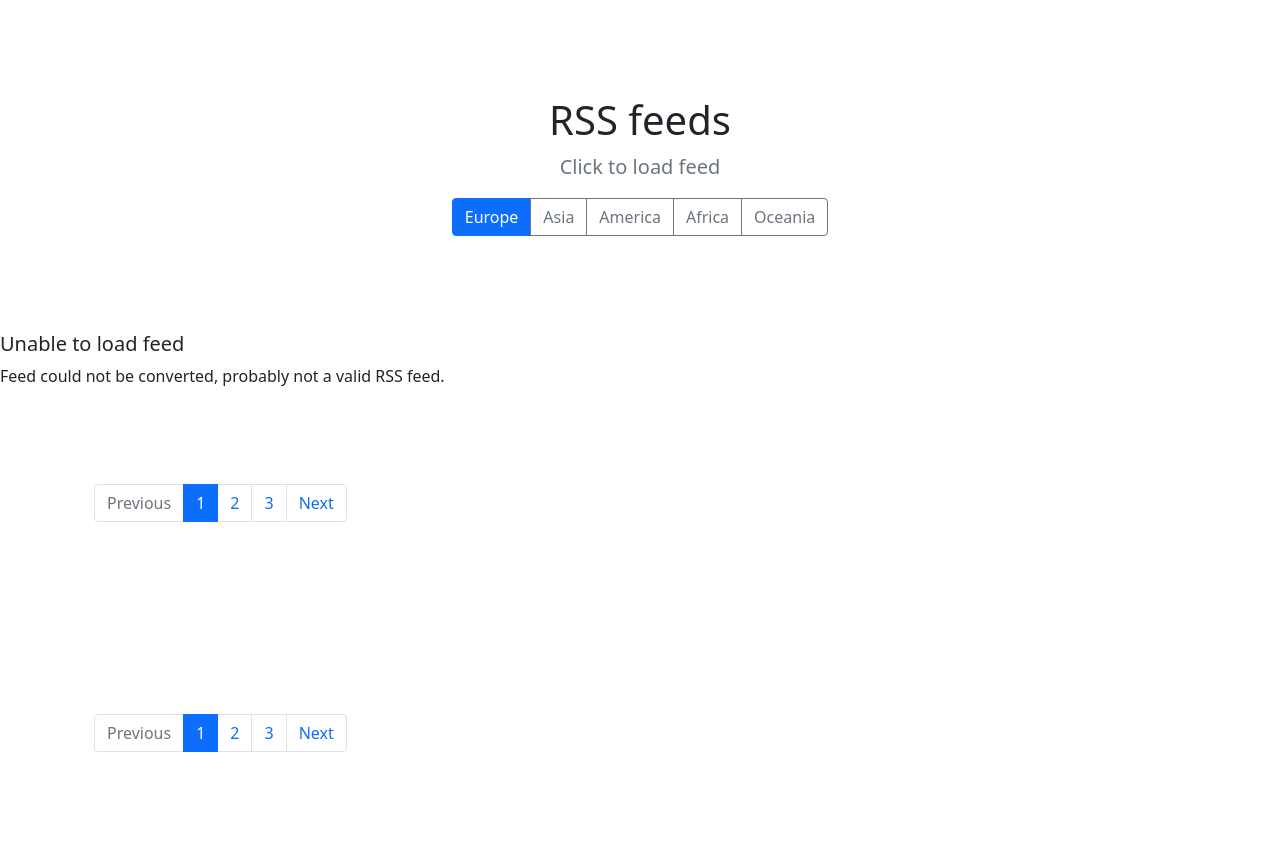
Repository: lilit1121/Templating-DOM-manipulation-and-data-processing
Page: europe.html
An editor plug-in stored every save of this project. The page is shown before and after a run of saves, followed by the edit.
The browser window is 1280 px wide. The pictures show the whole page.
The page's requests for data from a server got no answer.

Above is the page before, as saved 2023-02-09 15:59:37.

### europe.html
<!DOCTYPE html>
<html lang="en">
   <head>
    <meta charset="UTF-8" />
    <meta http-equiv="X-UA-Compatible" content="IE=edge" />
    <meta name="viewport" content="width=device-width, initial-scale=1.0" />
    <link rel="stylesheet" href="styles.css" />
    <link
      href="https://cdn.jsdelivr.net/npm/bootstrap@5.0.2/dist/css/bootstrap.min.css"
      rel="stylesheet"
      integrity="sha384-EVSTQN3/azprG1Anm3QDgpJLIm9Nao0Yz1ztcQTwFspd3yD65VohhpuuCOmLASjC"
      crossorigin="anonymous"
    />
    <script
      src="https://cdn.jsdelivr.net/npm/bootstrap@5.0.2/dist/js/bootstrap.bundle.min.js"
      integrity="sha384-MrcW6ZMFYlzcLA8Nl+NtUVF0sA7MsXsP1UyJoMp4YLEuNSfAP+JcXn/tWtIaxVXM"
      crossorigin="anonymous"
    ></script>
    <title>Templating, DOM manipulation and data processing</title>
  </head>
  <body>
    <section class="py-5 text-center container">
      <div class="row py-lg-5">
        <div class="col-lg-6 col-md-8 mx-auto">
          <h1 class="fw-light">RSS feeds</h1>
          <p class="lead text-muted">Click to load feed</p>
          <div class="btn-group">
            <a href="./europe.html#" class="btn btn-primary">Europe</a>
            <a href="./asia.html#" class="btn btn-outline-secondary">Asia</a>
            <a href="./americas.html#" class="btn btn-outline-secondary"
              >America</a
            >
            <a href="./africa.html#" class="btn btn-outline-secondary"
              >Africa</a
            >
            <a href="./oceania.html#" class="btn btn-outline-secondary"
              >Oceania</a
            >
          </div>
        </div>
      </div>
    </section>


    <!-- Loading state UI -->
    <div id="loadding" class="visually-hidden">
      <svg
      xmlns="http://www.w3.org/2000/svg"
      xmlns:xlink="http://www.w3.org/1999/xlink"
      style="margin: auto; background: #fff; display: block"
      width="200px"
      height="200px"
      viewBox="0 0 100 100"
      preserveAspectRatio="xMidYMid"
    >
      <circle
        cx="50"
        cy="50"
        r="32"
        stroke-width="8"
        stroke="#416cff"
        stroke-dasharray="50.26548245743669 50.26548245743669"
        fill="none"
        stroke-linecap="round"
      >
        <animateTransform
          attributeName="transform"
          type="rotate"
          repeatCount="indefinite"
          dur="1s"
          keyTimes="0;1"
          values="0 50 50;360 50 50"
        ></animateTransform>
      </circle>
    </svg>
  </div>

    <!-- Error state UI -->
    <div id="error" class="visually-hidden">
      <h5>Unable to load feed</h5>
      <!-- Show error message, if applicable -->
      Feed could not be converted, probably not a valid RSS feed.<br />
    </div>
    <!-- Pagination -->
    <div class="container">
    <section class="py-5 text-center container">
      <div class="row py-lg-5">
        <nav>
          <ul class="pagination">
            <li class="page-item disabled">
              <a class="page-link">Previous</a>
            </li>
            <li class="page-item active">
              <a class="page-link" href="#">1</a>
            </li>
            <li class="page-item">
              <a class="page-link" href="#">2</a>
            </li>
            <li class="page-item"><a class="page-link" href="#">3</a></li>
            <li class="page-item">
              <a class="page-link" href="#">Next</a>
            </li>
          </ul>
        </nav>
      </div>
    </section>

      <!-- Feed (Show no more than 5 posts per page) -->
      <div
        id="main_container"
        class="row row-cols-1 row-cols-sm-2 row-cols-md-3 g-3"
      ></div>


    <!-- Pagination -->
    <section class="py-5 text-center container">
      <div class="row py-lg-5">
        <nav>
          <ul class="pagination">
            <li class="page-item disabled">
              <a class="page-link">Previous</a>
            </li>
            <li class="page-item active">
              <a class="page-link" href="#">1</a>
            </li>
            <li class="page-item">
              <a class="page-link" href="#">2</a>
            </li>
            <li class="page-item"><a class="page-link" href="#">3</a></li>
            <li class="page-item">
              <a class="page-link" href="#">Next</a>
            </li>
          </ul>
        </nav>
      </div>
    </div>
    </section>
    <script src="./script.js"></script>
  </body>
</html>

### styles.css

.card-text {
    display: -webkit-box;
    -webkit-box-orient: vertical;
    -webkit-line-clamp: 4;
    overflow: hidden;
  }

### script.js
const main_container = document.getElementById("main_container");
const page_item = document.querySelectorAll(".page-item");
const loadding = document.getElementById("loadding");
const error = document.getElementById("error");
let countriesData;
let sliceStart = 0;
let currentPage = 1;

page_item.forEach((el) => {
  el.addEventListener("click", (event) => {
    changePage(event);
  });
});

function changePage(e) {
  if (e.target.innerText === "Next" && sliceStart < 10) {
    sliceStart += 5;
    currentPage = (sliceStart - 5) / 5 + 2;
  } else if (e.target.innerText === "Previous" && sliceStart > 0) {
    sliceStart -= 5;
    currentPage = (sliceStart + 5) / 5;
  } else if (
    e.target.innerText === "1" ||
    e.target.innerText === "2" ||
    e.target.innerText === "3"
  ) {
    currentPage = +e.target.innerText;
    sliceStart = (+e.target.innerText - 1) * 5;
  }
  page_item.forEach((el) => {
    el.classList.remove("active");
    el.classList.remove("disabled");
    if (currentPage === +el.innerText) el.classList.add("active");
    else if (currentPage === 1 && el.innerText === "Previous")
      el.classList.add("disabled");
    else if (currentPage === 3 && el.innerText === "Next")
      el.classList.add("disabled");
  });
  showCountrys(countriesData, sliceStart);
}

function showCountrys(countriesData, sliceStart) {
  let countrys = countriesData.slice(sliceStart, sliceStart + 5);
  main_container.innerHTML = "";
  for (let i = 0; i < countrys.length; i++) {
    main_container.innerHTML += `<div id="main_container" class="col">
    <div class="card shadow-sm">
      <img src=${countrys[i].flags.png} />
      <div class="card-body">
        <h4>
          Country: ${countrys[i].name.official}
        </h4>
        <h5>
          Country: ${countrys[i].capital ? countrys[i].capital[0] : undefined}
        </h5>
        <p class="card-text">
          <small
            >Population: ${countrys[i].population}</small
          >
        </p>
        <p><a href="#">Read more &rarr;</a></p>
        <div class="d-flex justify-content-between align-items-center">
          <!-- Format date appropriately as per browser/device region format -->
          <small class="text-muted">Dec 10, 2021</small>
        </div>
      </div>
    </div>
    </div>  `;
  }
}

(async function getCountriesDataByRegion() {
  loadding.style.display = "contents";
  main_container.style=''
  await fetch(
    `https://estcountries.com/v3.1/region/${
      window.location.pathname.slice(1).split(".")[0]
    }`
  )
    .then((res) => res.json())
    .then((data) => {
      countriesData = data.slice(0, 15);
      showCountrys(countriesData, sliceStart);
    })
    .catch(() => (error.style.display = "contents"));

  loadding.style.display = "none";
})();

After the next 3 saves:
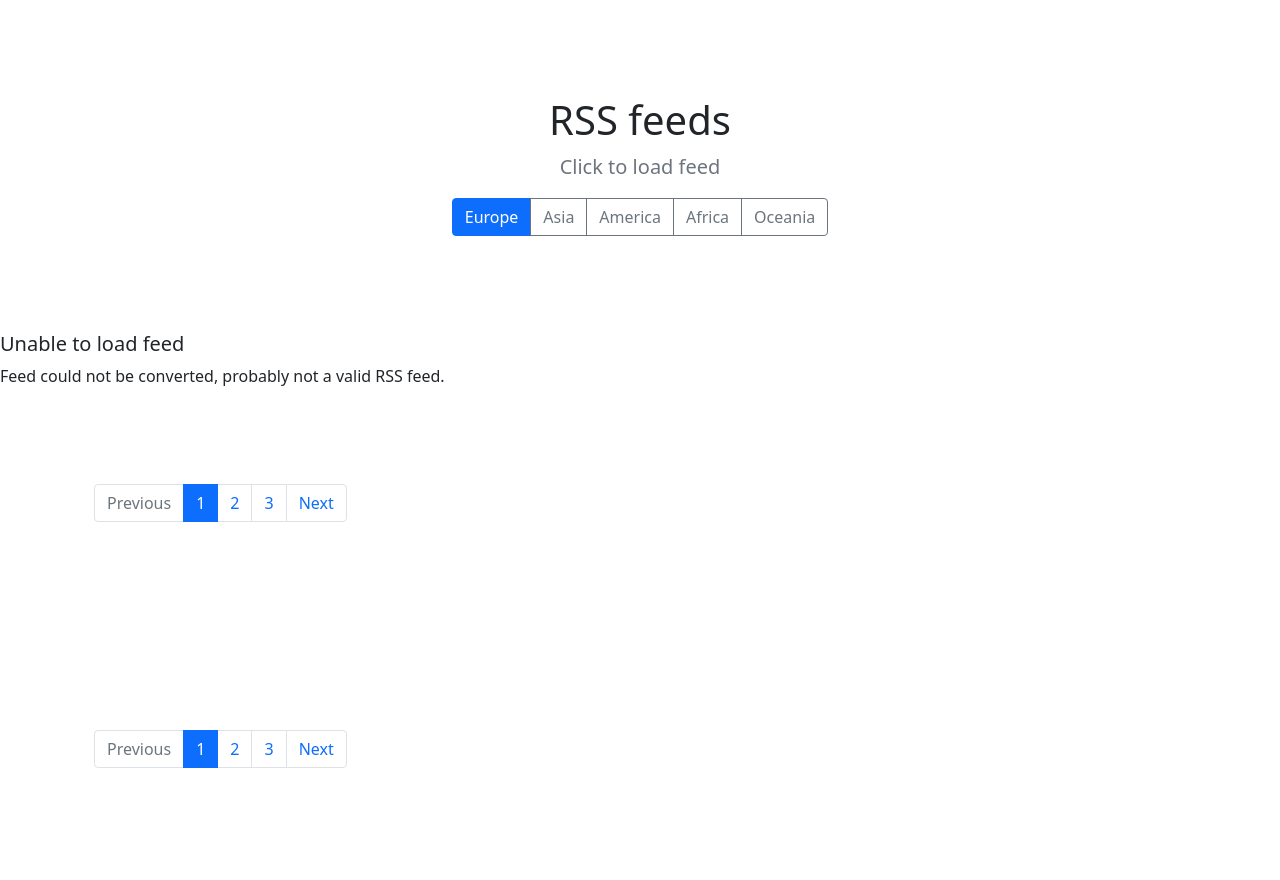
The 3 saves are shown as one change because they came seconds apart.
The last was saved 8 s later.
--- a/script.js
+++ b/script.js
@@ -71,7 +71,7 @@
 
 (async function getCountriesDataByRegion() {
   loadding.style.display = "contents";
-  main_container.style=''
+  main_container.style.display='none'
   await fetch(
     `https://estcountries.com/v3.1/region/${
       window.location.pathname.slice(1).split(".")[0]

After the 3 saves that followed:
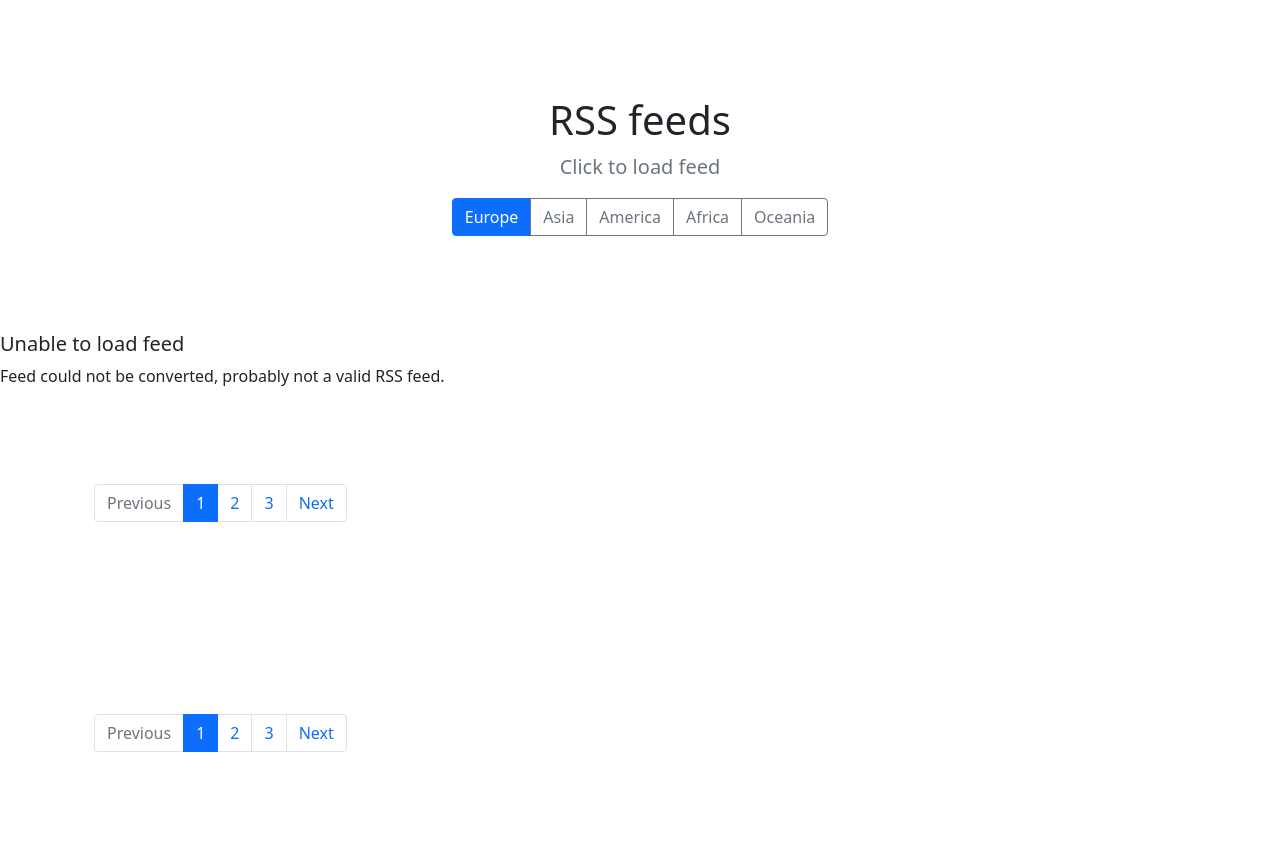
The 3 saves are shown as one change because they came seconds apart.
The last was saved 39 s later.
--- a/script.js
+++ b/script.js
@@ -71,7 +71,6 @@
 
 (async function getCountriesDataByRegion() {
   loadding.style.display = "contents";
-  main_container.style.display='none'
   await fetch(
     `https://estcountries.com/v3.1/region/${
       window.location.pathname.slice(1).split(".")[0]
